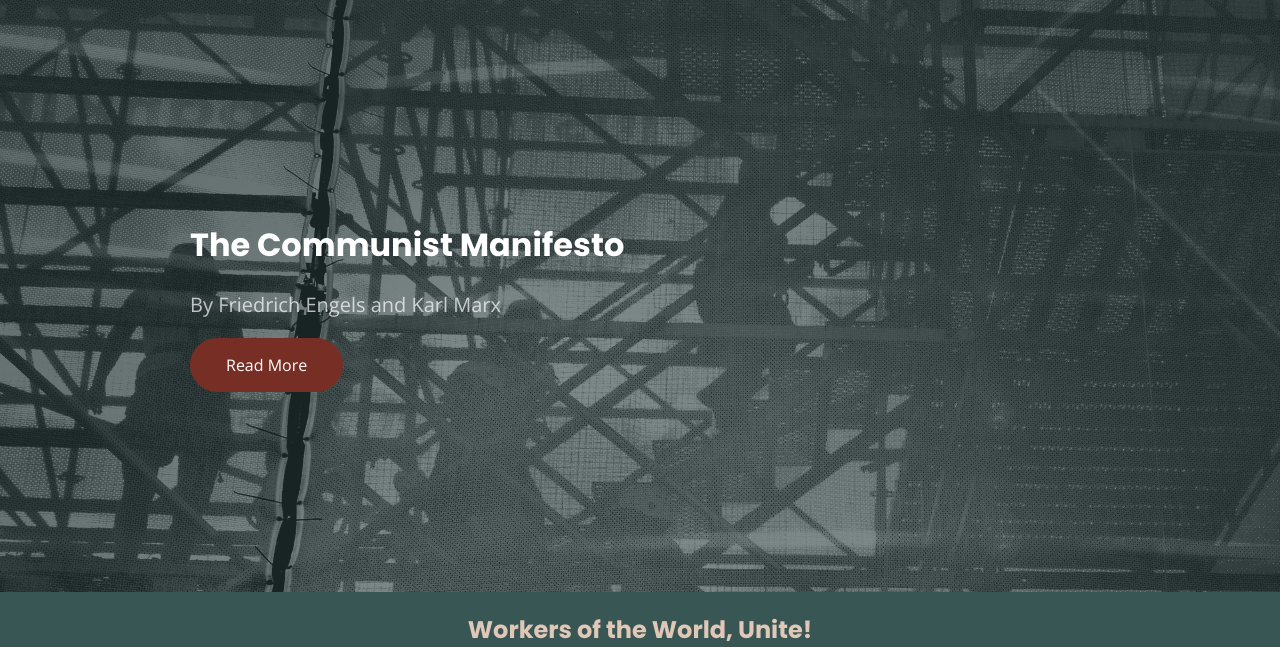
Repository: eaang/landing
Page: index.html
An editor plug-in stored every save of this project. The page is shown before and after the next save, followed by the edit.
The browser window is 1280 px wide. The pictures show the part of the page from y = 0 to 647 px (the page is 1113 px tall).
A picture or video elsewhere on the page could not be fetched, so the positions and the page height are approximate. Some web libraries are served in a nearby version.

Above is the page before, as saved 2020-06-10 16:12:32.

### index.html
<!DOCTYPE html>
<html>
<head>
  <meta charset="UTF-8">
  <title>The Communist Manifesto</title>
  <link rel="shortcut icon" href="data:[embedded picture, 18 characters]" type="image/x-icon">
  <!-- We need this line below for responsiveness! -->
  <meta name="viewport" content="width=device-width, initial-scale=1">
  <link rel="stylesheet" href="css/style.css">
</head>
<body>
  <!-- code a Hero / Banner section -->
  <div class="banner">
    <div class="container">
      <h1>The Communist Manifesto</h1>
      <p>By Friedrich Engels and Karl Marx</p>
      <a class="btn-primary" href="#">Read More</a>
    </div>
  </div>
  <!-- code a "How it works" section -->
  <div class="container">
    <h2 class="text-center">Workers of the World, Unite!</h2>
    <div class="cards">

      <div class="card">
        <img src="images/apply.svg" alt="">
        <h4>Past</h4>
        <p>The history of all hitherto existing society is the history of class struggles.</p>
      </div>

      <div class="card">
        <img src="images/learn.svg" alt="">
        <h4>Present</h4>
        <p>The weapons with which the bourgeoisie felled feudalism to the ground are now turned against the bourgeoisie itself. </p>
      </div>

      <div class="card">
        <img src="images/product.svg" alt="">
        <h4>Future</h4>
        <p>The proletarians have nothing to lose but their chains. They have a world to win.</p>
      </div>

    </div>
  </div>
  <!-- code a footer -->
  <div class="footer">
    <div class="links">
      <a href="#"><i class="fab fa-fw fa-facebook-f"></i></a>
      <a href="#"><i class="fab fa-fw fa-github"></i></a>
      <a href="#"><i class="fab fa-fw fa-twitter"></i></a>
      <a href="#"><i class="fab fa-fw fa-instagram"></i></a>
      <p>The revolution will not be televised. The revolution will be live.</p>

    </div>
  </div>
</body>
</html>

### css/style.css
/* Fonts */
@import url('https://fonts.googleapis.com/css?family=Open+Sans:400,700|Poppins:700');

/* Fontawesome */
@import url('https://use.fontawesome.com/releases/v5.6.3/css/all.css');

/* Utilities */
body {
  margin: 0;
  font-family: Open Sans;
  background-color: #385654;
  color: #E1C7B7;
}

h1, h2, h3, h4 {
  font-family: Poppins;
}

a {
  text-decoration: none;
}

.text-center {
  text-align: center;
}
/* Custom design below! */
.container {
	width: 900px;
	margin: auto;
}

/* Banner design */
.banner:before {
  content: ' ';
  display: block;
  position: absolute;
  left: 0;
  top: 0;
  width: 100%;
  height: 100%;
  z-index: 1;
  opacity: 0.4;
  background-image: url("../images/background.jpg");
  background-repeat: no-repeat;
  background-position: 50% 0;
  -ms-background-size: cover;
  -o-background-size: cover;
  -moz-background-size: cover;
  -webkit-background-size: cover;
  background-size: cover;
}
.banner {
  position: relative;
  background: #283D3B;
  overflow: hidden;
	padding: 200px 0;
}
.banner h1 {
  position: relative;
  z-index: 2;
	color: white;
}
.banner p {
  position: relative;
  z-index: 2;
	color: white;
	opacity: .7;
	font-size: 20px;
}
.btn-primary {
  position: relative;
  z-index: 2;
	display: inline-block;
	background-color: #772E25;
	padding: 16px 36px;
	border-radius: 50px;
	color: white;
}

/* Cards design */
.cards {
	display: flex;
	justify-content: space-between;
	margin-bottom: 30px;
}
.card {
	width: 200px;
	border-radius: 3px;
	box-shadow: 0 0 5px rgb(40,62,60);
	text-align: center;
	padding: 20px;
	border: 1px solid rgb(40,62,60);
}
.card img {
	height: 100px;
}

After the next save:
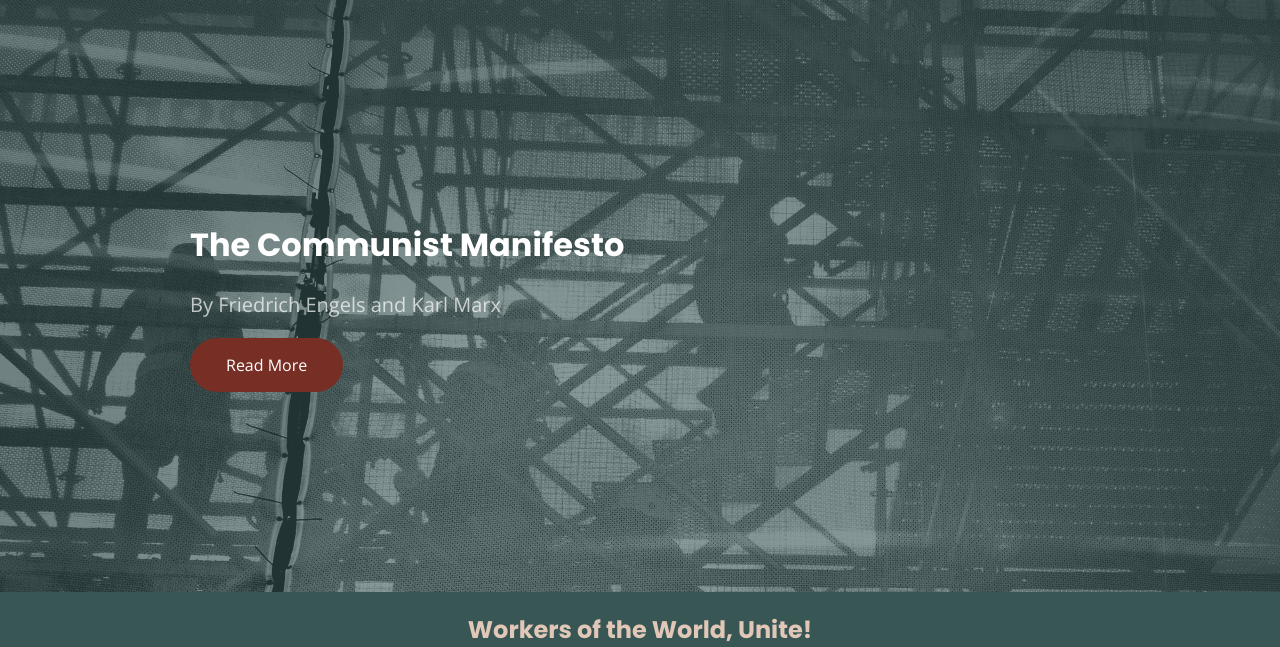
Saved 15 s later.
--- a/css/style.css
+++ b/css/style.css
@@ -51,7 +51,7 @@ a {
 }
 .banner {
   position: relative;
-  background: #283D3B;
+  background: #385654;
   overflow: hidden;
 	padding: 200px 0;
 }
